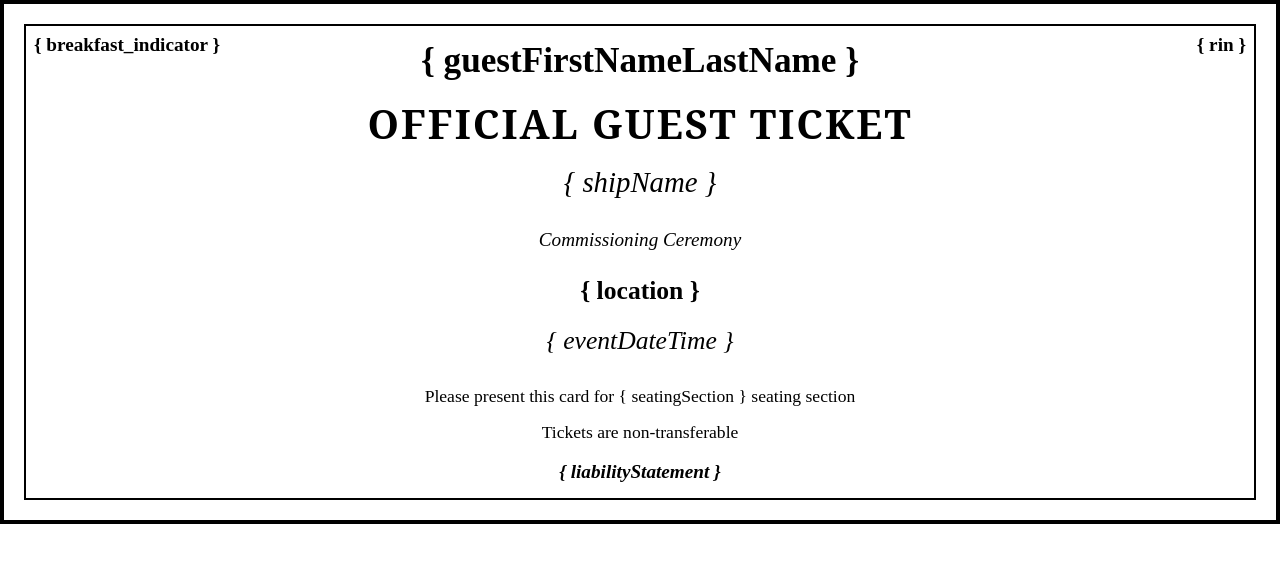
Repository: yaleevans/SabelWeasyPrintPDFLambda
Page: event_ticket_template.html
An editor plug-in stored every save of this project. The page is shown before and after the next save, followed by the edit.
The browser window is 1280 px wide. The pictures show the whole page.

Above is the page before, as saved 2025-10-22 10:37:31.

After the next save:
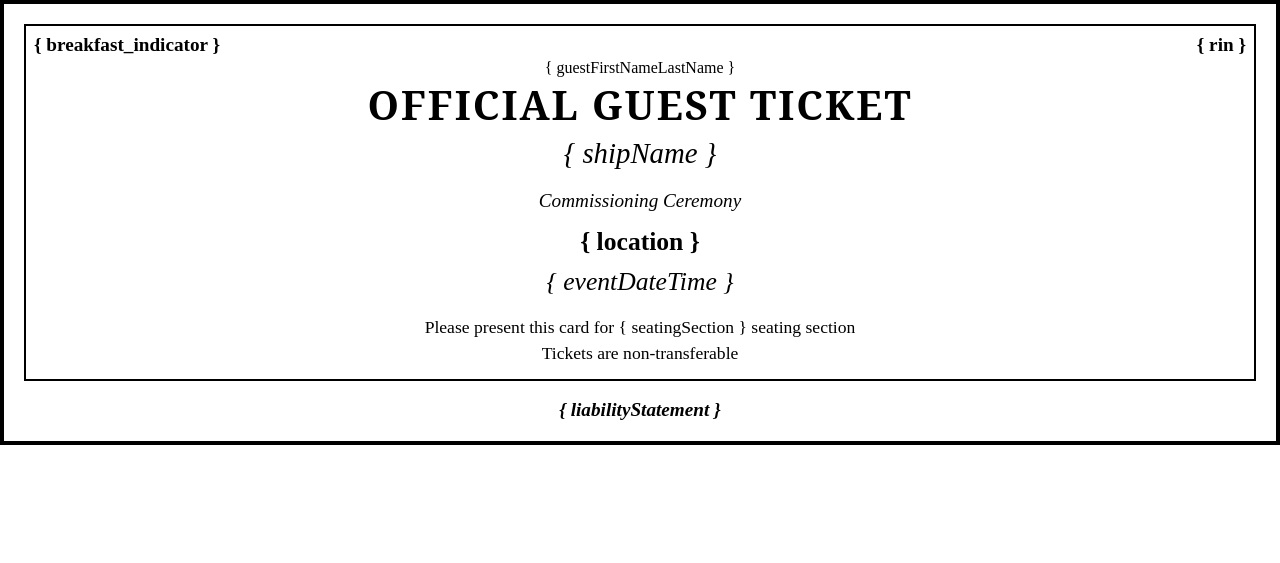
Saved 54 s later.
--- a/event_ticket_template.html
+++ b/event_ticket_template.html
@@ -122,6 +122,7 @@
 
         <div class="inner-border" style="background-color: { background_color }">
             <div class="content">
+                <br
                 <div class="guest-name">{ guestFirstNameLastName }</div>
 
                 <div class="ticket-title">OFFICIAL GUEST TICKET</div>
